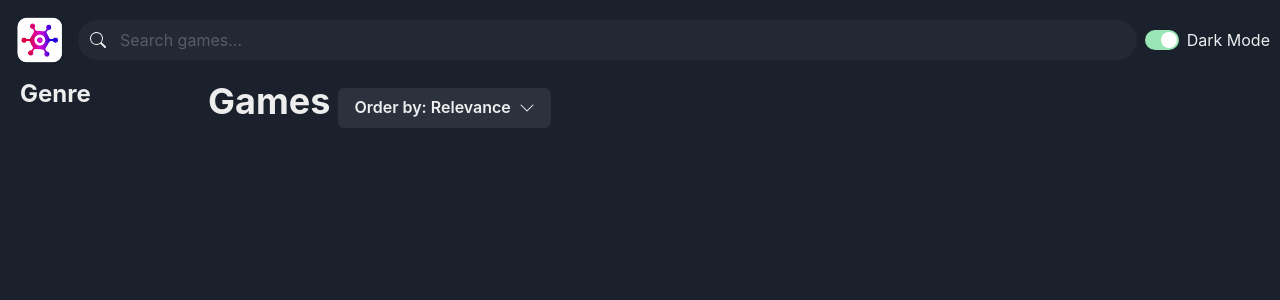
Repository: heyCaroline/game-hub
Page: /
The author's editor kept a copy of each file at every save. The page is drawn from the files as they stood at one save, then again after the next save.
The browser window is 1280 px wide. The pictures show the whole page.
The page's requests for data from a server got no answer. The project was rebuilt for these pictures with package versions that can differ from the ones it lists, and the page was loaded fresh each time. No one was signed in, and anything a server would have sent is missing. Also part of the build but not shown: vite.config.ts, src/components/PlatformIconList.tsx, src/components/CriticScore.tsx, src/components/GameCard.tsx.

Above is the page before, as saved 2025-05-23 18:08:07.

### src/main.tsx
import { StrictMode } from "react";
import { createRoot } from "react-dom/client";
import { ChakraProvider, ColorModeScript } from "@chakra-ui/react";
import App from "./App.tsx";
import theme from "./theme";
createRoot(document.getElementById("root")!).render(
  <StrictMode>
    <ChakraProvider theme={theme}>
      <ColorModeScript initialColorMode={theme.config.initialColorMode} />
      <App />
    </ChakraProvider>
  </StrictMode>
);

### src/App.tsx
import {
  Box,
  Flex,
  Grid,
  GridItem,
  Heading,
  HStack,
  Show,
} from "@chakra-ui/react";
import NavBar from "./components/NavBar";
import GameGrid from "./components/GameGrid";
import GenresList from "./components/GenresList";
import { useState } from "react";
import type { Genres } from "./hooks/useGenres";
import PlatformSelector from "./components/PlatformSelector";
import type { Platform } from "./hooks/usePlatform";
import SortSelector from "./components/SortSelector";
import GameHeading from "./components/GameHeading";
export interface GameQuery {
  genre: Genres | null;
  platform: Platform | null;
  sortOrder: string;
  searchText: string;
}
function App() {
  const [gameQuery, setGameQuery] = useState<GameQuery>({
    genre: null,
    platform: null,
    sortOrder: "",
    searchText: "",
  });
  return (
    <>
      <Grid
        templateAreas={{
          base: `"nav" "main"`,
          lg: `"nav nav" "aside main"`,
        }}
        templateColumns={{
          base: "1fr",
          lg: "200px 1fr",
        }}
      >
        <GridItem area="nav">
          <NavBar
            onSearch={(searchText) => {
              setGameQuery({ ...gameQuery, searchText });
            }}
          />
        </GridItem>
        <Show above="lg">
          <GridItem area="aside" paddingX={5}>
            <Heading fontSize="2xl" marginBottom={2}>
              Genre
            </Heading>
            <GenresList
              onSelectedGenre={(genre) => setGameQuery({ ...gameQuery, genre })}
              selectedGenre={gameQuery.genre}
            />
          </GridItem>{" "}
        </Show>
        <GridItem area="main">
          <Flex marginLeft={2}>
            <GameHeading gameQuery={gameQuery} />
            <HStack marginBottom={2} marginTop={2}>
              <PlatformSelector
                onSelectedPlatform={(platform) =>
                  setGameQuery({ ...gameQuery, platform })
                }
                selectedPlatform={gameQuery.platform}
              />
              <Box marginLeft={2}>
                <SortSelector
                  onSelectSortOrder={(sortOrder) =>
                    setGameQuery({ ...gameQuery, sortOrder })
                  }
                  sortOrder={gameQuery.sortOrder}
                />
              </Box>
            </HStack>
          </Flex>
          <GameGrid gameQuery={gameQuery} />
        </GridItem>
      </Grid>
    </>
  );
}

export default App;

### src/theme.ts
import { extendTheme, type ThemeConfig } from "@chakra-ui/react";

const config: ThemeConfig = {
  initialColorMode: "dark",
  useSystemColorMode: false,
};

const theme = extendTheme({ config });
export default theme;

### src/components/NavBar.tsx
import { HStack } from "@chakra-ui/react";
import logo from "../assets/logo.webp";
import { Image } from "@chakra-ui/react";
import ColorModeSwitch from "./ColorModeSwitch";
import SearchInput from "./SearchInput";
interface Props {
  onSearch: (searchText: string) => void;
}
const NavBar = ({ onSearch }: Props) => {
  return (
    <HStack padding="10px">
      <Image src={logo} boxSize="60px" />
      <SearchInput
        onSearch={(searchText) => onSearch(searchText)}
      ></SearchInput>
      <ColorModeSwitch />
    </HStack>
  );
};

export default NavBar;

### src/components/GameGrid.tsx
import useGames from "../hooks/useGames";
import { SimpleGrid, Text } from "@chakra-ui/react";
import GameCard from "./GameCard";
import GameCardSkeleton from "./GameCardSkeleton";
import GameCardContainer from "./GameCardContainer";
import type { GameQuery } from "../App";
interface Props {
  gameQuery: GameQuery;
}
const GameGrid = ({ gameQuery }: Props) => {
  const { data, error, isLoading } = useGames(gameQuery);
  const skeletons = [1, 2, 3, 4, 5, 6];
  if (error) return null;
  return (
    <SimpleGrid
      columns={{ sm: 1, md: 2, lg: 3, xl: 4 }}
      padding="10px"
      spacing={6}
    >
      {isLoading &&
        skeletons.map((skeletons) => (
          <GameCardContainer key={skeletons}>
            <GameCardSkeleton />
          </GameCardContainer>
        ))}
      {data.map((g) => (
        <GameCardContainer key={g.id}>
          <GameCard game={g} />
        </GameCardContainer>
      ))}
    </SimpleGrid>
  );
};

export default GameGrid;

### src/components/GenresList.tsx
import useGenres from "../hooks/useGenres";
import {
  Image,
  List,
  ListItem,
  HStack,
  Button,
  Spinner,
} from "@chakra-ui/react";
import getCroppedImageUrl from "../services/image-url";
import type { Genres } from "../hooks/useGenres";
interface Props {
  onSelectedGenre: (genre: Genres) => void;
  selectedGenre: Genres | null;
}
const GenresList = ({ onSelectedGenre, selectedGenre }: Props) => {
  const { data, isLoading, error } = useGenres();
  if (error) return null;
  if (isLoading) return <Spinner />;
  return (
    <List>
      {data.map((genre) => (
        <ListItem key={genre.id} paddingY={2}>
          <HStack>
            <Image
              src={getCroppedImageUrl(genre.image_background)}
              boxSize="32px"
              borderRadius={8}
              objectFit="cover"
            />
            <Button
              onClick={() => onSelectedGenre(genre)}
              variant="link"
              fontSize="lg"
              whiteSpace="normal"
              textAlign="left"
              fontWeight={selectedGenre?.id === genre.id ? "bold" : "normal"}
            >
              {genre.name}
            </Button>
          </HStack>
        </ListItem>
      ))}
    </List>
  );
};

export default GenresList;

### src/components/PlatformSelector.tsx
import { Menu, MenuButton, MenuItem, MenuList } from "@chakra-ui/react";
import { Button } from "@chakra-ui/react";
import { BsChevronDown } from "react-icons/bs";
import usePlatform, { type Platform } from "../hooks/usePlatform";
interface Props {
  onSelectedPlatform: (platform: Platform) => void;
  selectedPlatform: Platform | null;
}

const PlatformSelector = ({ onSelectedPlatform, selectedPlatform }: Props) => {
  const { data, error } = usePlatform();
  if (error) return null;
  return (
    <Menu>
      <MenuButton as={Button} rightIcon={<BsChevronDown />}>
        {selectedPlatform?.name || "Platform"}
      </MenuButton>
      <MenuList>
        {data.map((platform) => (
          <MenuItem
            key={platform.id}
            onClick={() => onSelectedPlatform(platform)}
          >
            {platform.name}
          </MenuItem>
        ))}
      </MenuList>
    </Menu>
  );
};

export default PlatformSelector;

### src/components/SortSelector.tsx
import { Button, Menu, MenuButton, MenuItem, MenuList } from "@chakra-ui/react";
import { BsChevronDown } from "react-icons/bs";
interface Props {
  onSelectSortOrder: (sortOrder: string) => void;
  sortOrder: string;
}
const SortSelector = ({ onSelectSortOrder, sortOrder }: Props) => {
  const sortOrders = [
    { value: "", label: "Relevance" },
    { value: "-added", label: "Date added" },
    { value: "name", label: "Name" },
    { value: "-released", label: "Release date" },
    { value: "-metacritic", label: "Popularity" },
    { value: "-rating", label: "Average rating" },
  ];
  const currentSortOrder = sortOrders.find((s) => s.value === sortOrder);
  return (
    <Menu>
      <MenuButton as={Button} rightIcon={<BsChevronDown />}>
        Order by: {currentSortOrder?.label || "Relevance"}
      </MenuButton>
      <MenuList>
        {sortOrders.map((sortOrder) => (
          <MenuItem
            key={sortOrder.value}
            onClick={() => onSelectSortOrder(sortOrder.value)}
          >
            {sortOrder.label}
          </MenuItem>
        ))}
      </MenuList>
    </Menu>
  );
};

export default SortSelector;

### src/components/GameHeading.tsx
import { Heading } from "@chakra-ui/react";
import type { GameQuery } from "../App";
interface Props {
  gameQuery: GameQuery;
}
const GameHeading = ({ gameQuery }: Props) => {
  const heading = `${gameQuery.genre?.name || ""} ${
    gameQuery.platform?.name || ""
  } Games`;
  return <Heading>{heading}</Heading>;
};

export default GameHeading;

### src/components/ColorModeSwitch.tsx
import { HStack, Switch, useColorMode, Text } from "@chakra-ui/react";

const ColorModeSwitch = () => {
  const { colorMode, toggleColorMode } = useColorMode();
  return (
    <HStack>
      <Switch
        colorScheme="green"
        isChecked={colorMode === "dark"}
        onChange={toggleColorMode}
      />
      <Text whiteSpace="nowrap">Dark Mode</Text>
    </HStack>
  );
};

export default ColorModeSwitch;

### src/components/SearchInput.tsx
import { Input, InputGroup, InputLeftElement } from "@chakra-ui/react";
import { useRef, type FormEvent } from "react";
import { BsSearch } from "react-icons/bs";
interface Props {
  onSearch: (searchText: string) => void;
}
const SearchInput = ({ onSearch }: Props) => {
  const ref = useRef<HTMLInputElement>(null);
  const handleSubmit = (event: FormEvent) => {
    event.preventDefault();
    if (ref.current) {
      onSearch(ref.current.value);
    }
  };
  return (
    <form onSubmit={handleSubmit} style={{ width: "100%" }}>
      <InputGroup>
        <InputLeftElement children={<BsSearch />} />
        <Input
          ref={ref} // 关联 ref
          borderRadius={20}
          placeholder="Search games..."
          variant="filled"
        />
      </InputGroup>
    </form>
  );
};

export default SearchInput;

### src/hooks/useGames.ts
import type { GameQuery } from "../App";
import useData from "./useData";

export interface Platform {
  id: number;
  name: string;
  slug: string;
}
export interface Game {
  name: string;
  id: number;
  background_image: string;
  parent_platforms: { platform: Platform }[];
  metacritic: number;
}
const useGames = (gameQuery: GameQuery) =>
  useData<Game>(
    "/games",
    {
      params: {
        genres: gameQuery.genre?.id,
        platforms: gameQuery.platform?.id,
        sortOrder: gameQuery.sortOrder,
        search: gameQuery.searchText,
      },
    },
    [gameQuery]
  );
export default useGames;

### src/components/GameCardSkeleton.tsx
import { Card, CardBody, SkeletonText, Skeleton } from "@chakra-ui/react";
const GameCardSkeleton = () => {
  return (
    <Card>
      <Skeleton height="200px" />
      <CardBody>
        <SkeletonText />
      </CardBody>
    </Card>
  );
};

export default GameCardSkeleton;

### src/components/GameCardContainer.tsx
import { Box } from "@chakra-ui/react";
import type { ReactNode } from "react";

interface Props {
  children: ReactNode;
}
const GameCardContainer = ({ children }: Props) => {
  return (
    <Box borderRadius="10px" overflow="hidden">
      {children}
    </Box>
  );
};

export default GameCardContainer;

### src/hooks/useGenres.ts
import useData from "./useData";

export interface Genres {
  id: number;
  name: string;
  image_background: string;
}
const useGenres = () => useData<Genres>("/genres");
export default useGenres;

### src/services/image-url.ts
import noImage from "../assets/no-image-placeholder.webp";
const getCroppedImageUrl = (url: string) => {
  if (!url) return noImage;
  const target = "media/";
  const index = url.indexOf(target) + target.length;
  return url.slice(0, index) + "crop/600/400/" + url.slice(index);
};

export default getCroppedImageUrl;

### src/hooks/usePlatform.ts
import useData from "./useData";

export interface Platform {
  id: number;
  name: string;
  slug: string;
}

const usePlatform = () => useData<Platform>("/platforms/lists/parents");
export default usePlatform;

### src/hooks/useData.ts
import { useEffect, useState } from "react";
import apiClient from "../service/api-client";
import { CanceledError, type AxiosRequestConfig } from "axios";

interface FetchResponse<T> {
  count: number;
  results: T[];
}
const useData = <T>(
  endpoint: string,
  requestConfig?: AxiosRequestConfig,
  deps?: any
) => {
  const [data, setData] = useState<T[]>([]);
  const [isLoading, setIsLoading] = useState(false);
  const [error, setError] = useState("");
  useEffect(
    () => {
      const controller = new AbortController();
      setIsLoading(true);
      apiClient
        .get<FetchResponse<T>>(endpoint, {
          signal: controller.signal,
          ...requestConfig,
        })
        .then((res) => {
          setData(res.data.results);
          setIsLoading(false);
        })
        .catch((err) => {
          if (err instanceof CanceledError) return;
          setError(err.message);
          setIsLoading(false);
        });
      return () => controller.abort();
    },
    deps ? [...deps] : []
  );
  return { data, error, isLoading };
};
export default useData;

### src/service/api-client.ts
import axios from "axios";
export default axios.create({
  baseURL: "https://api.rawg.io/api",
  params: {
    key: "a841d5a4ef7b426f9432d3ffd1989b69",
  },
});

Loaded but not shown: index.html (common file)

After the next save:
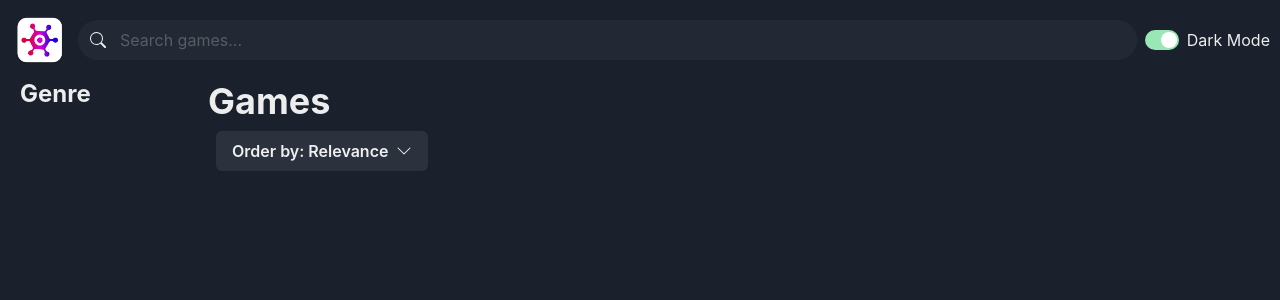
Saved 2 min 14 s later.
--- a/src/App.tsx
+++ b/src/App.tsx
@@ -60,9 +60,9 @@ function App() {
           </GridItem>{" "}
         </Show>
         <GridItem area="main">
-          <Flex marginLeft={2}>
+          <Box paddingLeft={2}>
             <GameHeading gameQuery={gameQuery} />
-            <HStack marginBottom={2} marginTop={2}>
+            <Flex marginBottom={2} marginTop={2}>
               <PlatformSelector
                 onSelectedPlatform={(platform) =>
                   setGameQuery({ ...gameQuery, platform })
@@ -77,8 +77,8 @@ function App() {
                   sortOrder={gameQuery.sortOrder}
                 />
               </Box>
-            </HStack>
-          </Flex>
+            </Flex>
+          </Box>
           <GameGrid gameQuery={gameQuery} />
         </GridItem>
       </Grid>
